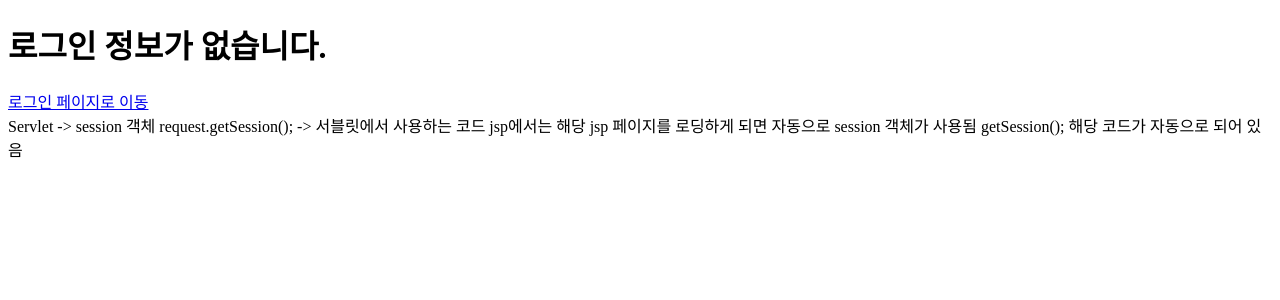
Repository: minimelody/servlet
Page: http://localhost/web1/views/member/logout.jsp
The author's editor kept a copy of each file at every save. The page is drawn from the files as they stood at one save, then again after the next save.
The browser window is 1280 px wide. The pictures show the whole page.
The page is served by Tomcat 9. Other server files are loaded and not shown.

Above is the page before, as saved 2018-05-21 06:22:51.

### webworkspace2/web1/WebContent/views/member/logout.jsp
<%@ page language="java" contentType="text/html; charset=UTF-8"
    pageEncoding="UTF-8" import="member.model.vo.*" %>
<!DOCTYPE html PUBLIC "-//W3C//DTD HTML 4.01 Transitional//EN" "http://www.w3.org/TR/html4/loose.dtd">
<html>
<head>
<meta http-equiv="Content-Type" content="text/html; charset=UTF-8">
<title>Insert title here</title>
</head>
<body>
<%
	if((Member)session.getAttribute("user")!=null){
		session.invalidate();
%>
<h1>로그아웃 되었습니다.</h1>
<% }else{ %>
	<h1>로그인 정보가 없습니다.</h1>
<% } %>

<a href="/web1/views/member/memberIndex.html">로그인 페이지로 이동</a><br>
</body>
</html>



Servlet -> session 객체
request.getSession(); -> 서블릿에서 사용하는 코드

jsp에서는 해당 jsp 페이지를 로딩하게 되면 자동으로 session 객체가 사용됨
getSession(); 해당 코드가 자동으로 되어 있음

After the next save:
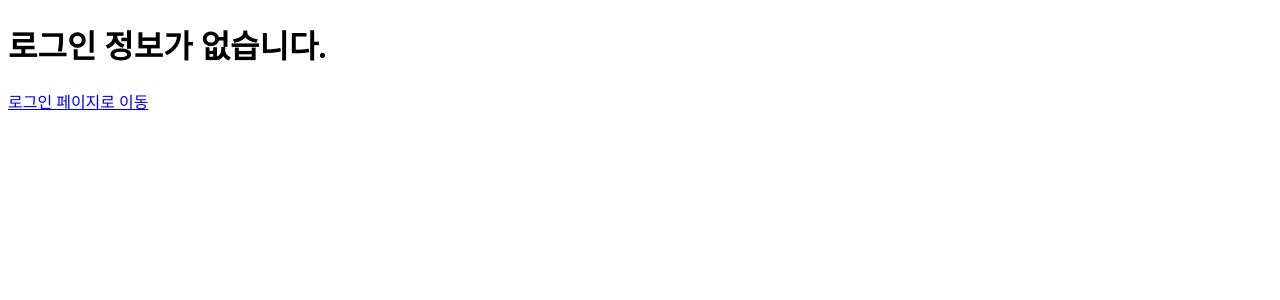
Saved 3 min 12 s later.
--- a/webworkspace2/web1/WebContent/views/member/logout.jsp
+++ b/webworkspace2/web1/WebContent/views/member/logout.jsp
@@ -19,11 +19,3 @@
 <a href="/web1/views/member/memberIndex.html">로그인 페이지로 이동</a><br>
 </body>
 </html>
-
-
-
-Servlet -> session 객체
-request.getSession(); -> 서블릿에서 사용하는 코드
-
-jsp에서는 해당 jsp 페이지를 로딩하게 되면 자동으로 session 객체가 사용됨
-getSession(); 해당 코드가 자동으로 되어 있음
